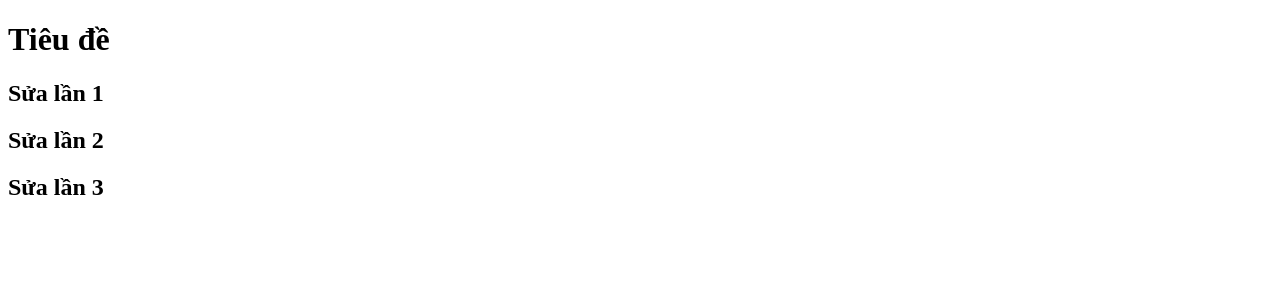
Repository: hnq145/DuAn_6
Page: index.html
These files come from the project's save history. The page is drawn as it stood at one moment and after the next save; the edit follows.
The browser window is 1280 px wide. The pictures show the whole page.

Above is the page before, as saved 2024-06-01 11:53:50.

After the next save:
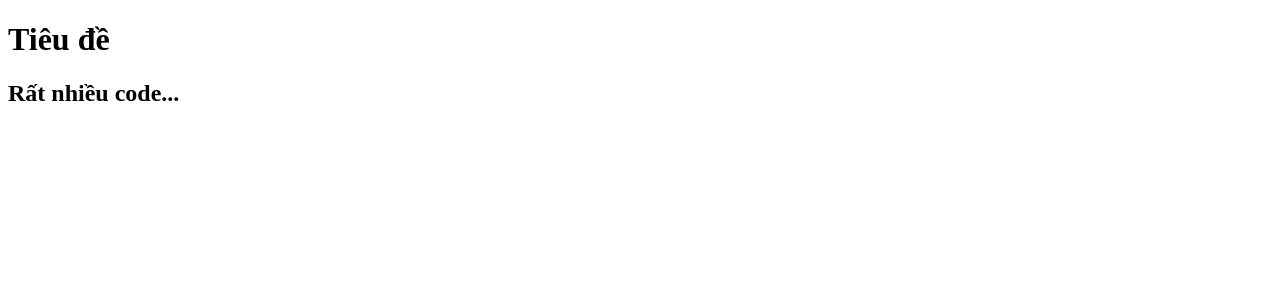
Saved 4 min 12 s later.
--- a/index.html
+++ b/index.html
@@ -7,8 +7,6 @@
   </head>
   <body>
     <h1>Tiêu đề</h1>
-    <h2>Sửa lần 1</h2>
-    <h2>Sửa lần 2</h2>
-    <h2>Sửa lần 3</h2>
+    <h2>Rất nhiều code...</h2>
   </body>
 </html>
